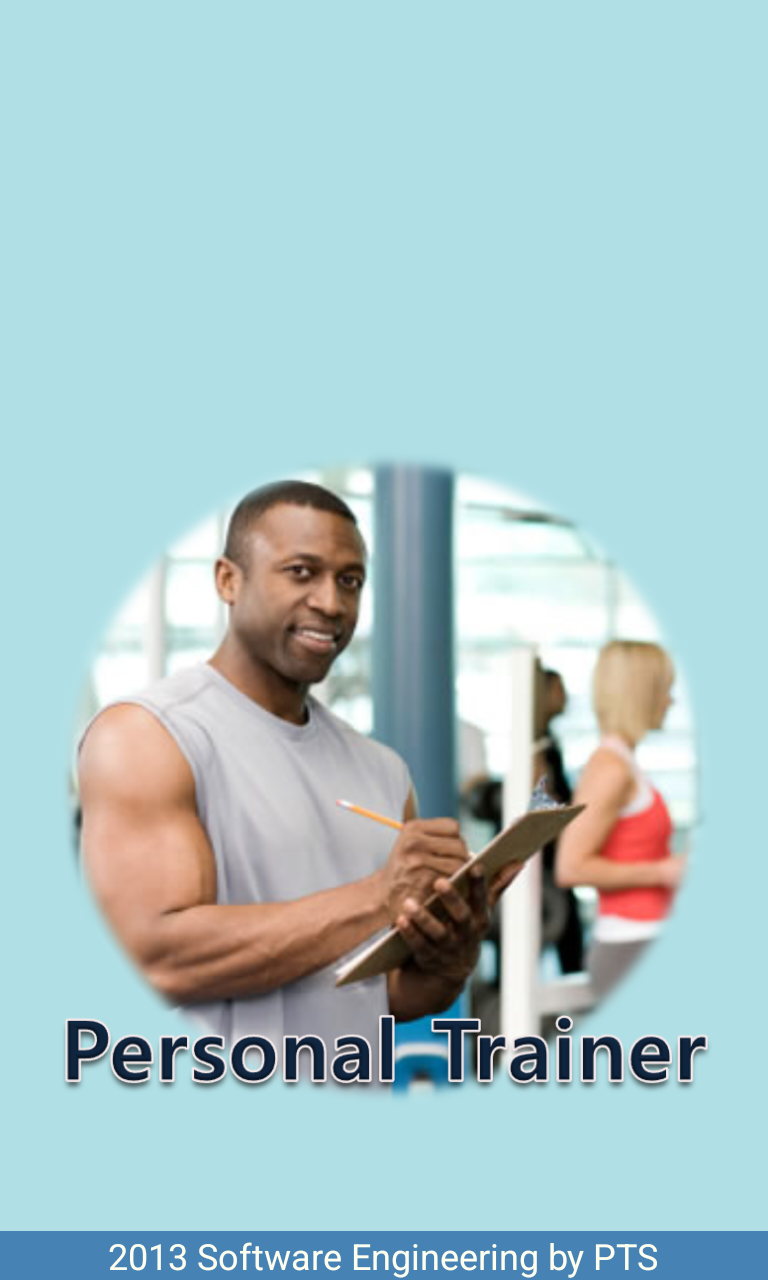
Repository: LewisLim579/2013TeamProject
Layout: PtsApp/res/layout/loading.xml
These files come from the project's save history. The layout is drawn as it stood at one moment and after the next save; the edit follows.
It is drawn on a 768 x 1280 px phone screen (xhdpi) without system bars, with theme android:Theme.NoTitleBar.Fullscreen; the app's code is not run.

Above is the layout before, as saved 2013-05-24 16:42:59.

After the next save:
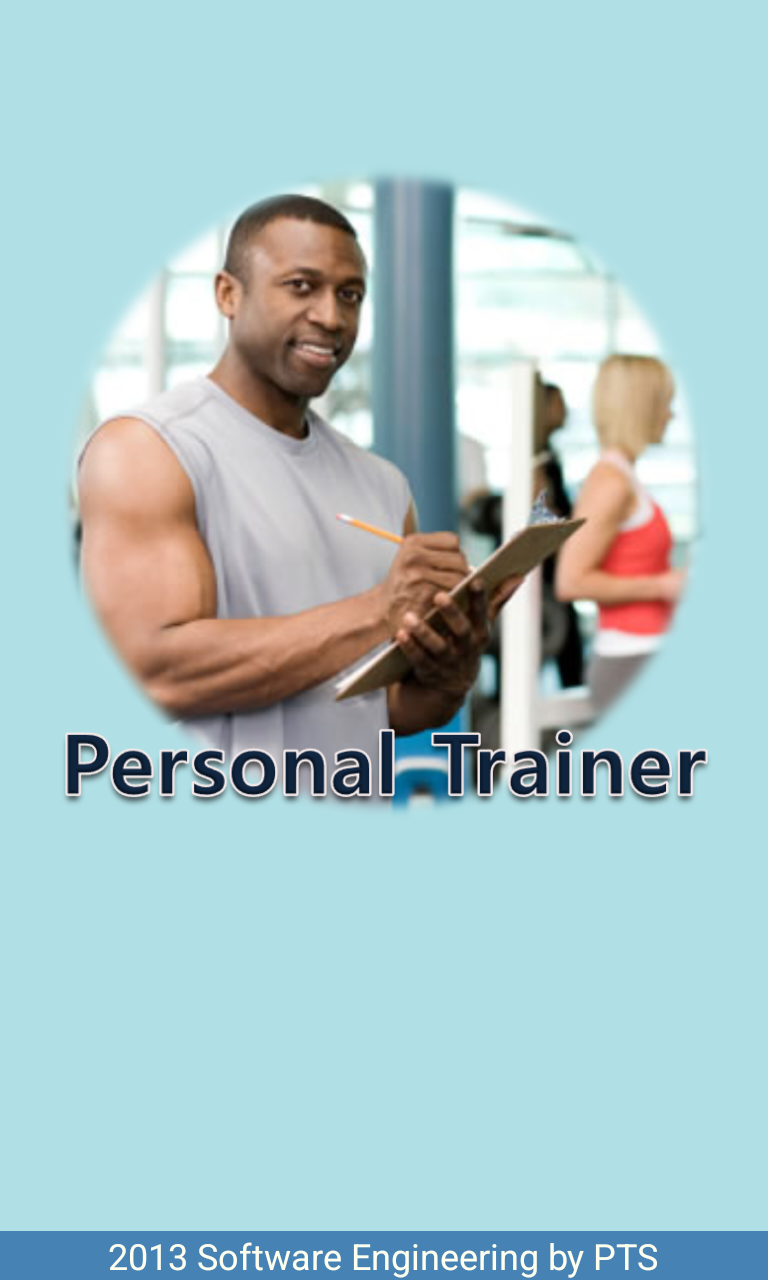
Saved 20 s later.
--- a/PtsApp/res/layout/loading.xml
+++ b/PtsApp/res/layout/loading.xml
@@ -29,8 +29,9 @@
         android:id="@+id/imageView2"
         android:layout_width="wrap_content"
         android:layout_height="wrap_content"
-        android:layout_above="@+id/relativeLayout1"
         android:layout_alignParentLeft="true"
+        android:layout_alignParentTop="true"
+        android:layout_marginTop="22dp"
         android:src="@drawable/main" />
 
 </RelativeLayout>
